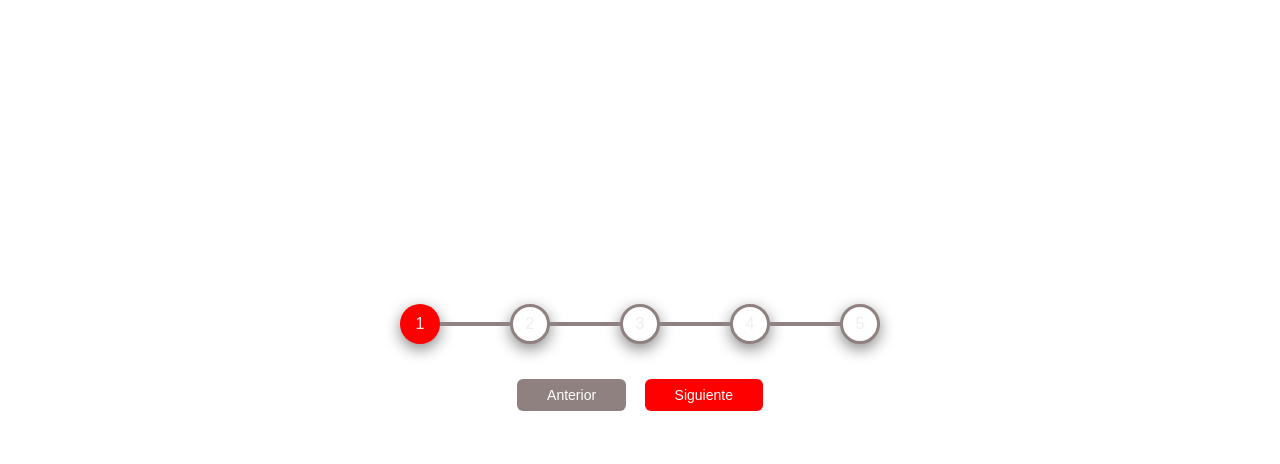
Repository: ElideZavala/Linea-de-tiempo
Page: index.html
These files come from the project's save history. The page is drawn as it stood at one moment and after the next save; the edit follows.
The browser window is 1280 px wide. The pictures show the whole page.
Some web fonts or font styles are not loaded; a fallback is used.

Above is the page before, as saved 2021-05-28 10:04:43.

### index.html
<!DOCTYPE html>
<html lang="en">
<head>
	<meta charset="UTF-8">
	<meta http-equiv="X-UA-Compatible" content="IE=edge">
	<meta name="viewport" content="width=device-width, initial-scale=1.0">
	<link rel="stylesheet" href="style.css">
	<link rel="stylesheet" href="normalize.css">
	<title>Pasos de progreso </title>
</head>
<body>
	<div class="container">
		<div class="progress-container">
			<div class="sombra3d"></div>
			<div class="progress" id="progress"></div>
			<div class="circle active">1</div>
			<div class="circle">2</div>
			<div class="circle">3</div>
			<div class="circle">4</div>
			<div class="circle">5</div>
		</div>

		<button class="btn" id="prev" disabled>Anterior</button>
		<button class="btn" id="next">Siguiente</button>
		<script src="script.js"></script>
	</div>
</body>
</html>

### style.css
/* @import url('https://fonts.googleapis.com/css2?family=Roboto:wght@400;700&display=swap'); */
@import url('https://fonts.googleapis.com/css?family=Muli&display=swap');


:root {
	--line-border-fill: red;
	--line-border-empty: rgb(144, 129, 129);
}

* {
	box-sizing: border-box;
}

body {
	font-family: 'Muli', sans-serif;
	display: flex;
	flex-direction: column;
	align-items: center;
	justify-content: center;
	height: 100vh;
	overflow: hidden;
	margin: 0;
}

.container {
	text-align: center;
}

.progress-container {
	display: flex;
	justify-content: space-between;
	position: relative;
	margin-bottom: 30px;
	max-width: 100%;
	width: 480px;
}

.progress-container::before {
	content: '';
	background-color: var( --line-border-empty);
	position: absolute;
	top: 50%;
	left: 0;
	transform: translateY(-50%);
	height: 4px;
	width: 100%;
	z-index: -1;
	transition: 0.4s ease;
}

.progress {
	background-color: var( --line-border-fill );
	position: absolute;
	top: 50%;
	left: 0;
	transform: translateY(-50%);
	height: 4px;
	width: 0%;
	z-index: -1;
	transition: 0.4s ease;
}

.circle {
	background-color: #fff;
	color: #eee;
	border-radius: 50%;
	height: 40px;
	width: 40px;
	display: flex;
	align-items: center;
	justify-content: center;
	border: 3px solid var( --line-border-empty );
	transition: .4s ease;
	-moz-animation: rotacion 10s infinite linear;
	box-shadow: 0px 5px 15px #888;
}

@-moz-keyframes rotacion{
	0% {
		background-position: 0px 0px;
	}
	100%{
		background-position: -160px 0px;
	}
}

.sombra3d {
	background: url("bola4.png");
	position: absolute;
	width: 40px;
	height: 40px;
}

.circle.active {
	background-color: red;
	border: none;
}

.btn {
	background-color: var(--line-border-fill);
	color: #fff;
	border: 0;
	border-radius: 6px;
	cursor: pointer;
	font-family: inherit;
	padding: 8px 30px;
	margin: 5px 7px;
	font-size: 14px;
}

.btn:active {
	transform: scale(0.98);
}

.btn:focus {
	outline: 0;
}

.btn:disabled {
	background-color: var( --line-border-empty );
	cursor: not-allowed;
}

### script.js
const progress = document.querySelector('#progress');
const prev = document.querySelector('#prev');
const next = document.querySelector('#next');
const circles = document.querySelectorAll('.circle');

let currentActive = 1

next.addEventListener('click', () => {
	currentActive++

	if (currentActive > circles.length) {
		currentActive = circles.length
	}

	update();
})

prev.addEventListener('click', () => {
	currentActive--

	if (currentActive < 1) {
		currentActive = 1;
	}

	update();
})

function update() {
	circles.forEach((circle, idx) => {
		if (idx < currentActive) {
			circle.classList.add('active');
		} else {
			circle.classList.remove('active');
		}
	})

	const actives = document.querySelectorAll('.active');
	console.log(actives.length)

	const percent = (actives.length - 1) / (circles.length - 1) * 100 + '%';

	progress.style.width = percent;

	if (currentActive === 1) {
		prev.disabled = true;
	} else if (currentActive === circles.length) {
		next.disabled = true;
	} else {
		prev.disabled = false;
		next.disabled = false;
	}
}

Loaded but not shown: normalize.css (library)

After the next save:
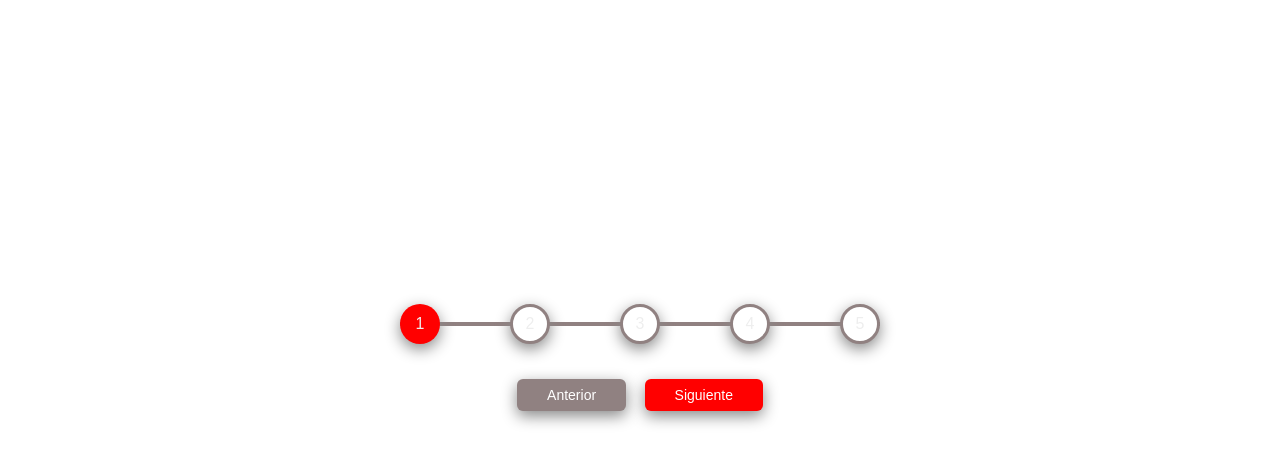
Saved 2 min 15 s later.
--- a/style.css
+++ b/style.css
@@ -106,6 +106,7 @@ body {
 	padding: 8px 30px;
 	margin: 5px 7px;
 	font-size: 14px;
+	box-shadow: 0px 5px 15px #888;
 }
 
 .btn:active {
